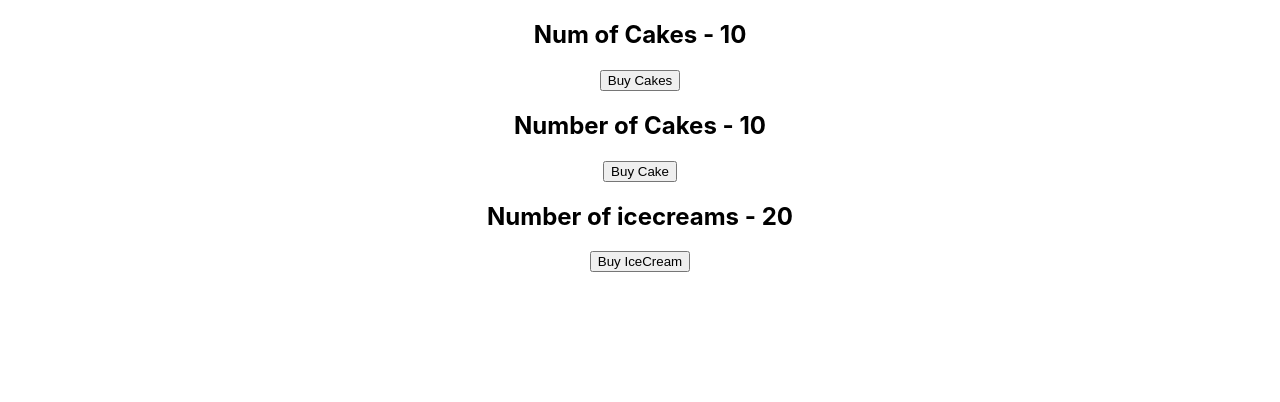
Repository: hardikaureate/react-redux-demo-axios
Page: /
These files come from the project's save history. The page is drawn as it stood at one moment and after the next save; the edit follows.
The browser window is 1280 px wide. The pictures show the whole page.
The project was rebuilt for these pictures with package versions that can differ from the ones it lists, and the page was loaded fresh each time.

Above is the page before, as saved 2020-11-04 17:48:13.

After the next save:
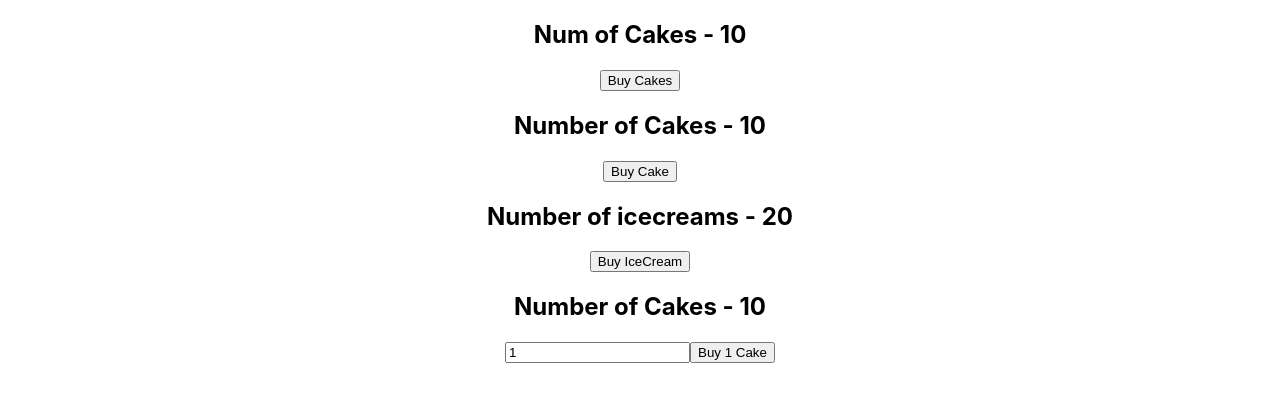
Saved 30 s later.
--- a/src/App.js
+++ b/src/App.js
@@ -5,6 +5,7 @@ import store from './redux/store'
 import CakeContainer from './components/CakeContainer';
 import HooksCakeContainer from './components/HooksCakeContainer';
 import IceCreamContainer from './components/IceCreamContainer';
+import NewCakeContainer from './components/NewCakeContainer';
 
 function App() {
   return (
@@ -13,6 +14,7 @@ function App() {
       <HooksCakeContainer />
       <CakeContainer />
       <IceCreamContainer />
+      <NewCakeContainer />
     </div>
     </Provider>
   );
